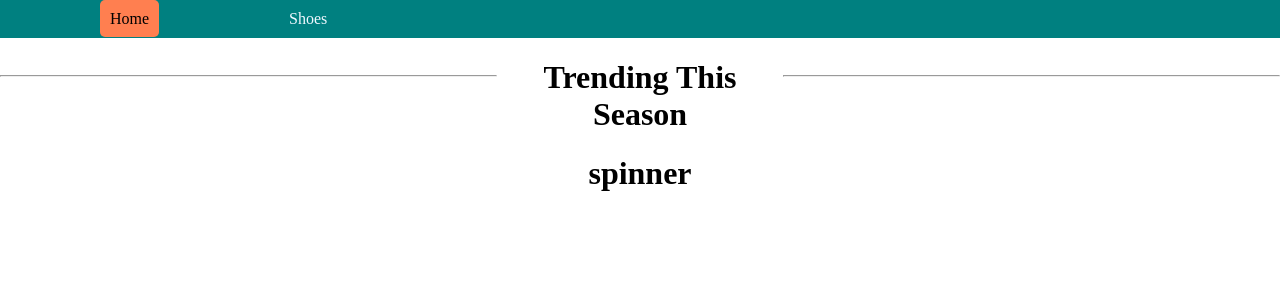
Repository: SalehK98/shop_app
Page: /
The author's editor kept a copy of each file at every save. The page is drawn from the files as they stood at one save, then again after the next save.
The browser window is 1280 px wide. The pictures show the whole page.
The page's requests for data from a server got no answer. The project was rebuilt for these pictures with package versions that can differ from the ones it lists, and the page was loaded fresh each time. No one was signed in, and anything a server would have sent is missing. Also part of the build but not shown: src/components/ShoeCard/ShoeCard.jsx, src/pages/Shoes/Shoes.jsx, src/pages/Shoe/Shoe.jsx, src/pages/Error/Error.jsx. Imported but missing from the stored project, and not drawn on this page: src/assets/video/preview.mp4.

Above is the page before, as saved 2023-02-28 11:19:04.

### src/index.css
body {
  margin: 0;
  padding: 0;
  box-sizing: border-box;

  font-family: cursive;
  /* font-family: -apple-system, BlinkMacSystemFont, "Segoe UI", "Roboto", "Oxygen",
    "Ubuntu", "Cantarell", "Fira Sans", "Droid Sans", "Helvetica Neue",
    sans-serif;
  -webkit-font-smoothing: antialiased;
  -moz-osx-font-smoothing: grayscale; */
}

code {
  font-family: source-code-pro, Menlo, Monaco, Consolas, "Courier New",
    monospace;
}

#root {
  margin: 0;
  padding: 0;
}

### src/App.js
import "./App.css";
import { createBrowserRouter, RouterProvider } from "react-router-dom";
import Home from "./pages/Home/Home";
import Shoes from "./pages/Shoes/Shoes";
import Shoe from "./pages/Shoe/Shoe";
import Error from "./pages/Error/Error";
import LayoutWrapper from "./components/LayoutWrapper/LayoutWrapper";

function App() {
  const router = createBrowserRouter([
    {
      path: "",
      element: <LayoutWrapper />,
      errorElement: <Error />,
      children: [
        {
          path: "/",
          element: <Home />,
        },
        {
          path: "shoes",
          element: <Shoes />,
        },
        {
          path: "shoes/:showId",
          element: <Shoe />,
        },
        {
          path: "addShoe",
          element: <Shoes />,
        },
      ],
    },
  ]);
  return (
    <div className="App">
      <RouterProvider router={router} />
    </div>
  );
}

export default App;

### src/App.css
.App {
  text-align: center;
  margin: 0;
  padding: 0;
}

### src/pages/Home/Home.jsx
import React, { useEffect, useRef, useState } from "react";
import preview from "../../assets/video/preview.mp4";
import ShoeCard from "../../components/ShoeCard/ShoeCard";
import fetchData from "../../utilities";

export default function Home() {
  const [data, setData] = useState(null);
  // const video = new VideoPlayer();

  const videoRef = useRef(null);

  const [playing, setPlaying] = useState(false);

  useEffect(() => {
    fetchData().then((res) => {
      setData(res);
      console.log("data", data);
    });
  }, []);

  return (
    <div>
      {/* <video
        onClick={() => {
          console.log("videoRef3", videoRef);
        }}
        onCanPlay={() => {
          console.log("videoRef", videoRef);
          console.log("playing", playing);
          setPlaying(true);
          console.log("videoRef", videoRef);
          console.log("playing", playing);
        }}
        onPlaying={() => {
          console.log("videoRef2", videoRef);
        }}
        // onClick={handleClick}
        // ref={videoRef}
        src={preview}
        autoPlay
        // loop
        // muted
        controls
        width="80%"
        // height="80vh"
        style={{
          boxSizing: "border-box",
          // marginTop: "70px",
          padding: "0",
          zIndex: "-2",
          // position: "relative",
        }}
      /> */}
      {/* {playVideo()} */}
      <h1 style={{ display: "flex", textAlign: "center  " }}>
        <hr width="40%" style={{ height: "0" }} />
        Trending This Season
        <hr width="40%" style={{ height: "0" }} />
      </h1>

      {data ? (
        data.map((el) => {
          return <h1>{el.name}</h1>;
        })
      ) : (
        <h1>spinner</h1>
      )}
      {/* <ShoeCard /> */}
    </div>
  );
}

### src/components/LayoutWrapper/LayoutWrapper.jsx
import React from "react";
import { Outlet } from "react-router";
import NavBar from "../NavBar/NavBar";

export default function LayoutWrapper() {
  return (
    <div>
      <NavBar />
      <Outlet />
    </div>
  );
}

### src/utilities.js
async function fetchData() {
  let data;
  await fetch("https://63fa279abeec322c57ee67b5.mockapi.io/shop/shoe")
    .then((res) => {
      if (!res.ok) {
        throw new Error("response was not ok");
      }
      return res.json();
    })
    .then((results) => {
      data = results;
    })
    .catch((err) => {
      console.log("Error", err);
    });
  console.log("here", data);
  return data;
}

export default fetchData;

### src/components/NavBar/NavBar.jsx
import React from "react";
import { NavLink } from "react-router-dom";
import "./NavBar.module.css";

export default function NavBar() {
  let activeStyle = {
    color: "black",
    backgroundColor: "coral",
    border: "transparent",
    borderRadius: "5px",
  };
  return (
    <nav>
      <ul>
        <li>
          <NavLink
            to="/"
            style={({ isActive }) => (isActive ? activeStyle : undefined)}
          >
            Home
          </NavLink>
        </li>
        <li>
          <NavLink
            to="/shoes"
            style={({ isActive }) => (isActive ? activeStyle : undefined)}
          >
            Shoes
          </NavLink>
        </li>
      </ul>
    </nav>
  );
}

### src/components/NavBar/NavBar.module.css
nav {
  background-color: teal;
}

ul {
  margin: 0;
  list-style: none;
  display: flex;
  position: sticky;
  top: 0;
  left: 0;
}

li {
  margin: 0 50px;
  padding: 10px;
}

ul li a {
  text-decoration: none;
  color: aliceblue;
  padding: 10px;
}

Loaded but not shown: public/index.html (common file); src/index.js (common file); src/reportWebVitals.js (common file)

After the next save:
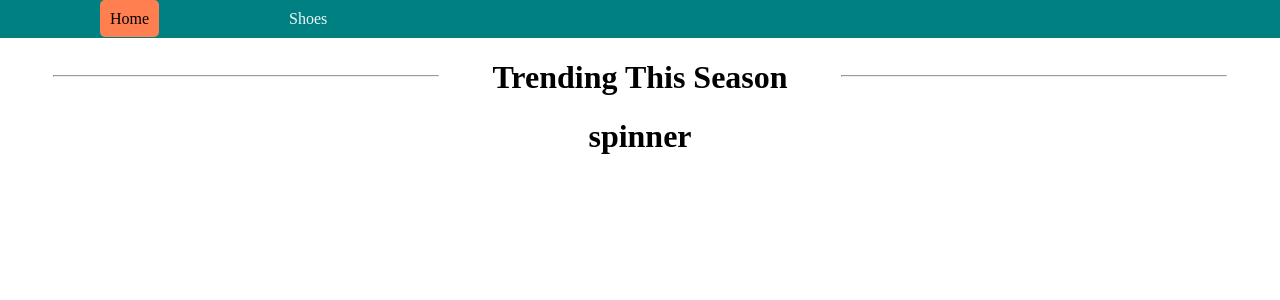
Saved 7 s later.
--- a/src/pages/Home/Home.jsx
+++ b/src/pages/Home/Home.jsx
@@ -53,9 +53,9 @@ export default function Home() {
       /> */}
       {/* {playVideo()} */}
       <h1 style={{ display: "flex", textAlign: "center  " }}>
-        <hr width="40%" style={{ height: "0" }} />
+        <hr width="30%" style={{ height: "0" }} />
         Trending This Season
-        <hr width="40%" style={{ height: "0" }} />
+        <hr width="30%" style={{ height: "0" }} />
       </h1>
 
       {data ? (
